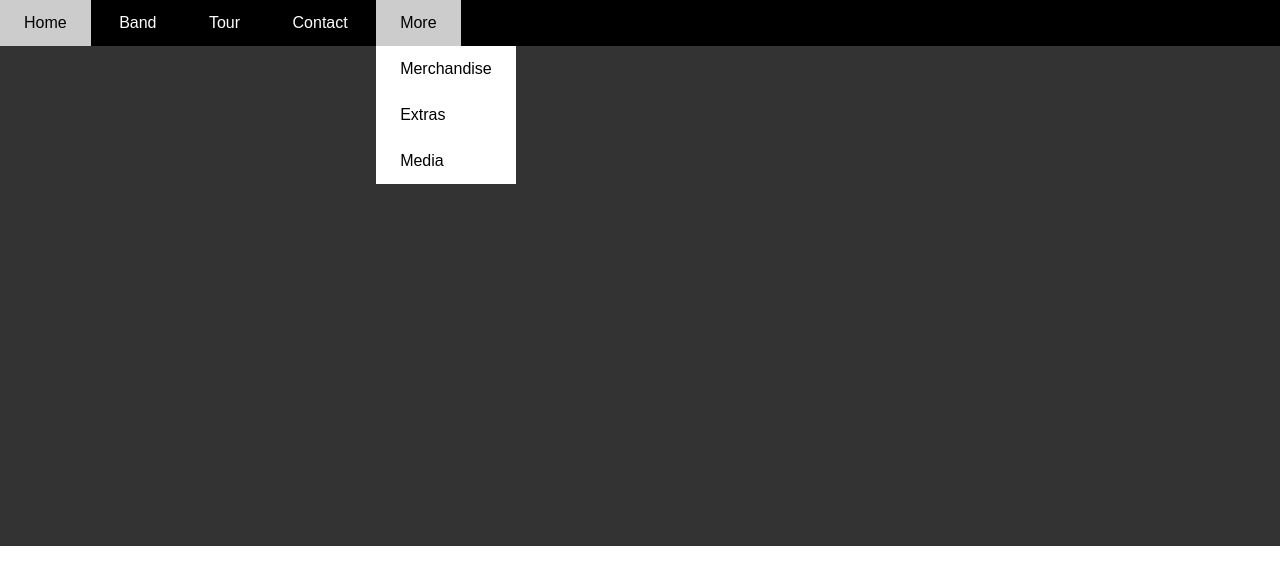
Repository: Thanhtrunghoang123/the-band
Page: index.html
These files come from the project's save history. The page is drawn as it stood at one moment and after the next save; the edit follows.
The browser window is 1280 px wide. The pictures show the whole page.
The pointer rests on the first visible `#nav .subnav li`.

Above is the page before, as saved 2022-07-18 09:27:30.

### index.html
<!DOCTYPE html>
<html lang="en">
<head>
    <meta charset="UTF-8">
    <meta http-equiv="X-UA-Compatible" content="IE=edge">
    <meta name="viewport" content="width=device-width, initial-scale=1.0">
    <title>Document</title>
    <link rel="stylesheet" href="/assest/css/style.css">
</head>
<body>
    <div id="main">
        <div id="header">
            <ul id="nav">
                <li><a href="">Home</a></li>
                <li><a href="">Band</a></li>
                <li><a href="">Tour</a></li>
                <li><a href="">Contact</a></li>
                <li>
                    <a href="">More</a>
                    <ul class="subnav">
                        <li><a href="">Merchandise</a></li>
                        <li><a href="">Extras</a></li>
                        <li><a href="">Media</a></li>
                    </ul>
                </li>
            </ul>
        </div>

        <div id="slider">

        </div>

        <div id="content">

        </div>

        <div id="footer">

        </div>
    </div>
</body>
</html>

### assest/css/style.css
*{
    margin: 0;
    padding: 0;
    box-sizing: border-box;
}

html{
    font-family: Arial, Helvetica, sans-serif;
}
#main{

}

#header{
    height: 46px;
    background-color: #000;
}

#nav li{
    display: inline-block;
    position: relative;
}

#nav > li > a {
    color: #fff;
}
#nav li a{
    text-decoration: none;
    line-height: 46px;
    padding: 0px 24px;
}

#nav > li:hover > a{
    color: #000;
    background-color: #ccc;
    display: block;
}

#nav .subnav{
    /* display: none; */
    position: absolute;
    background-color: #fff;
}
#nav .subnav a{
    color: #000;
}
#slider{
    min-height: 500px;
    background-color: #333;
}

#content{

}

#footer{

}

After the next save:
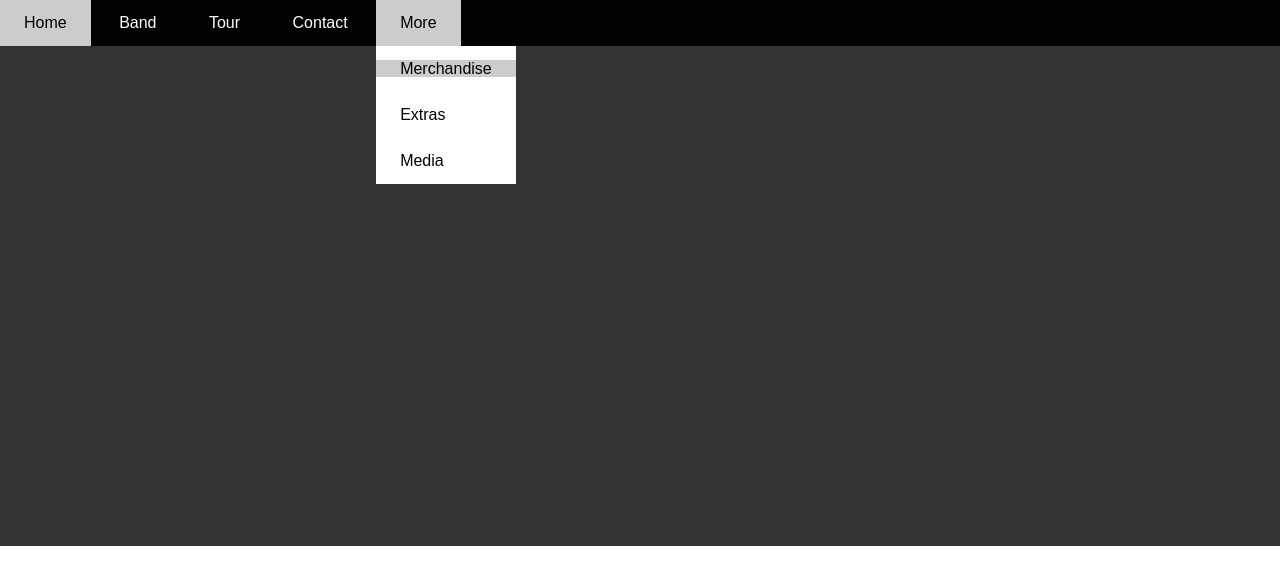
Saved 43 s later.
--- a/assest/css/style.css
+++ b/assest/css/style.css
@@ -35,6 +35,10 @@
     background-color: #ccc;
     display: block;
 }
+#nav .subnav li:hover a {
+    color: #000;
+    background-color: #ccc;
+}
 
 #nav .subnav{
     /* display: none; */
